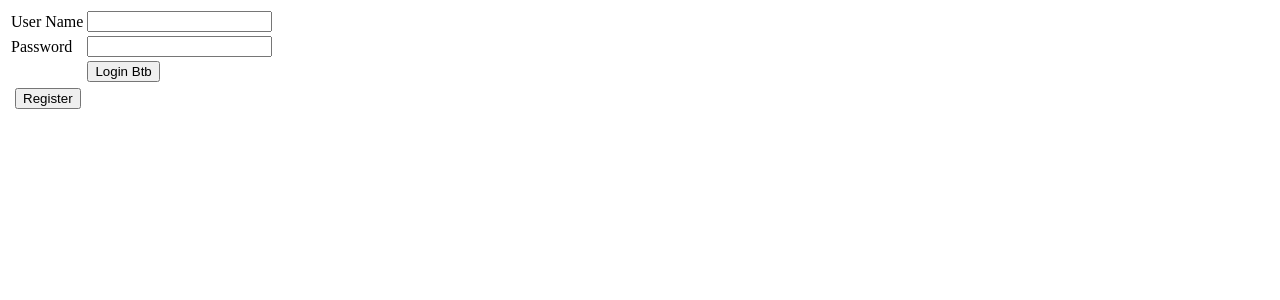
Repository: BDClaudiu/PokeGame
Page: http://localhost/MyProject/init
The author's editor kept a copy of each file at every save. The page is drawn from the files as they stood at one save, then again after the next save.
The browser window is 1280 px wide. The pictures show the whole page.
The page is served by Tomcat 9. Other server files are loaded and not shown.

Above is the page before, as saved 2018-09-29 21:42:21.

### MyProject/WebContent/Login.jsp
<%@ page language="java" contentType="text/html; charset=ISO-8859-1"
    pageEncoding="ISO-8859-1"%>
<!DOCTYPE html PUBLIC "-//W3C//DTD HTML 4.01 Transitional//EN" "http://www.w3.org/TR/html4/loose.dtd">
<html>
<head>
<meta http-equiv="Content-Type" content="text/html; charset=ISO-8859-1">
<title>Insert title here</title>


<style>




</style>




</head>




<body>

<form method="get" action="Controller">
	<table>
		<tr>
			<td>User Name</td>
			<td> <input type="text" name="userName"> </td>
		</tr>
		<tr>
			<td>Password</td>
			<td> <input type="password" name="passwordText"> </td>
		</tr>
		<tr>
			<td></td>
			<td> <input type="submit" value="Login Btb" name="toAccount"> </td>
		</tr>
	</table>
</form>


<form method="get" action="Controller">
	<table>
		<tr>
			<td></td>
			<td> <input type="submit" value="Register" name="toAccount"> </td>
		</tr>
	</table>
</form>


</body>
</html>

### MyProject/src/main/Main.java
package main;

import java.io.IOException;
import javax.servlet.ServletException;
import javax.servlet.annotation.WebServlet;
import javax.servlet.http.HttpServlet;
import javax.servlet.http.HttpServletRequest;
import javax.servlet.http.HttpServletResponse;

/**
 * Servlet implementation class Main
 */
@WebServlet("/init")
public class Main extends HttpServlet {
	private static final long serialVersionUID = 1L;


    public Main() {
        super();
    }

	// Main Class, first forward you do when you load the application
	protected void doGet(HttpServletRequest request, HttpServletResponse response) throws ServletException, IOException {
		request.getRequestDispatcher("/Login.jsp").forward(request,response);

	}

}

After the next save:
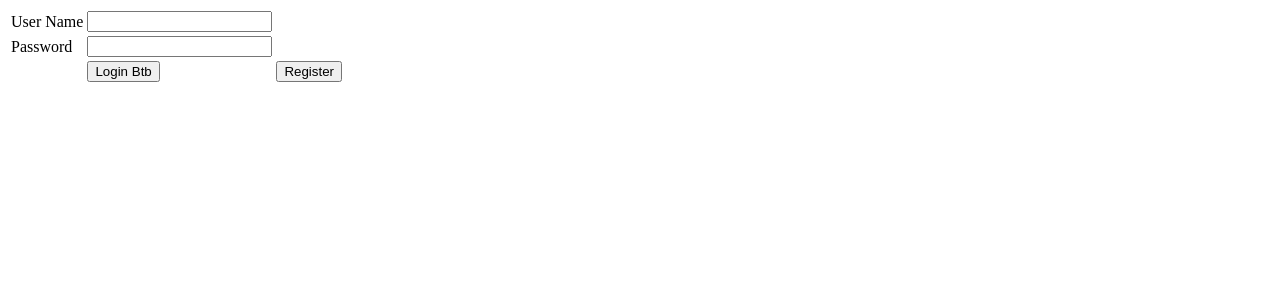
Saved 46 s later.
--- a/MyProject/WebContent/Login.jsp
+++ b/MyProject/WebContent/Login.jsp
@@ -5,23 +5,7 @@
 <head>
 <meta http-equiv="Content-Type" content="text/html; charset=ISO-8859-1">
 <title>Insert title here</title>
-
-
-<style>
-
-
-
-
-</style>
-
-
-
-
 </head>
-
-
-
-
 <body>
 
 <form method="get" action="Controller">
@@ -37,20 +21,10 @@
 		<tr>
 			<td></td>
 			<td> <input type="submit" value="Login Btb" name="toAccount"> </td>
-		</tr>
-	</table>
-</form>
-
-
-<form method="get" action="Controller">
-	<table>
-		<tr>
-			<td></td>
 			<td> <input type="submit" value="Register" name="toAccount"> </td>
 		</tr>
 	</table>
 </form>
 
-
 </body>
 </html>
